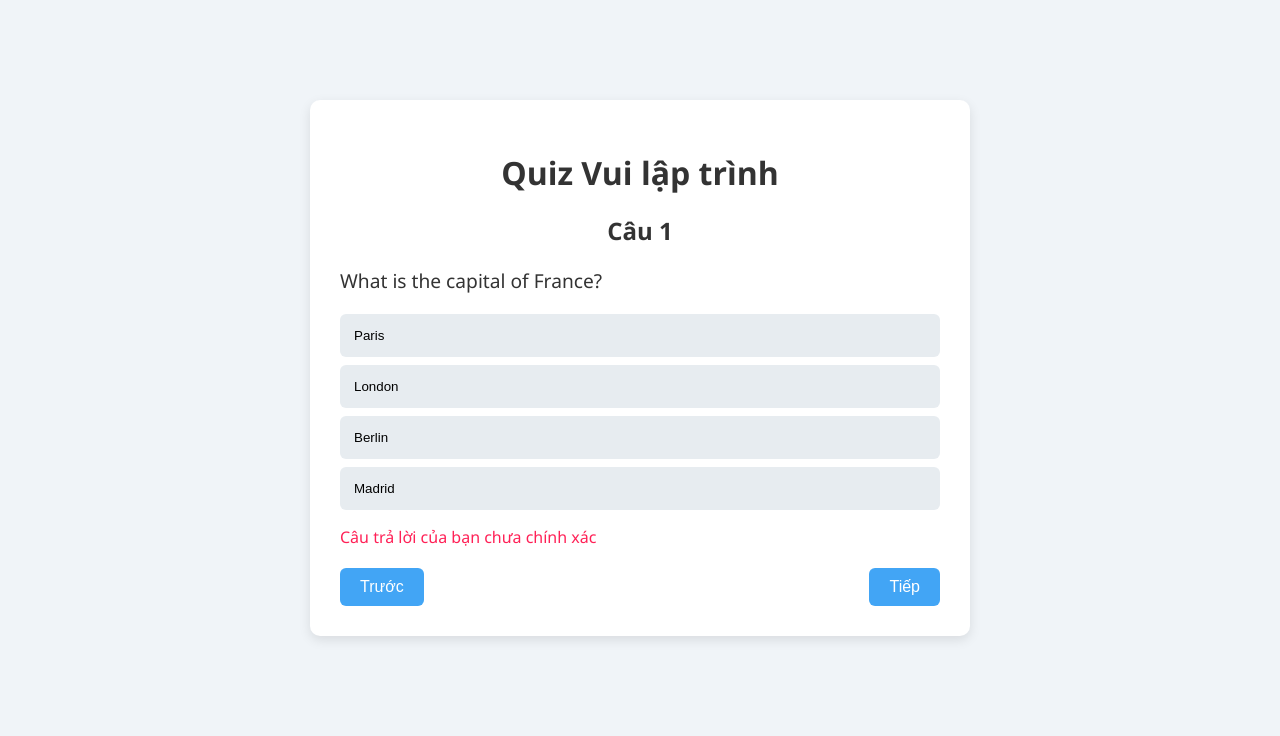
Repository: HuynhPPP/Quiz_App
Page: /
An editor plug-in stored every save of this project. The page is shown before and after the next save, followed by the edit.
The browser window is 1280 px wide. The pictures show the whole page.
The project was rebuilt for these pictures with package versions that can differ from the ones it lists, and the page was loaded fresh each time. Also part of the build but not shown: vite.config.js.

Above is the page before, as saved 2025-09-26 14:59:17.

After the next save:
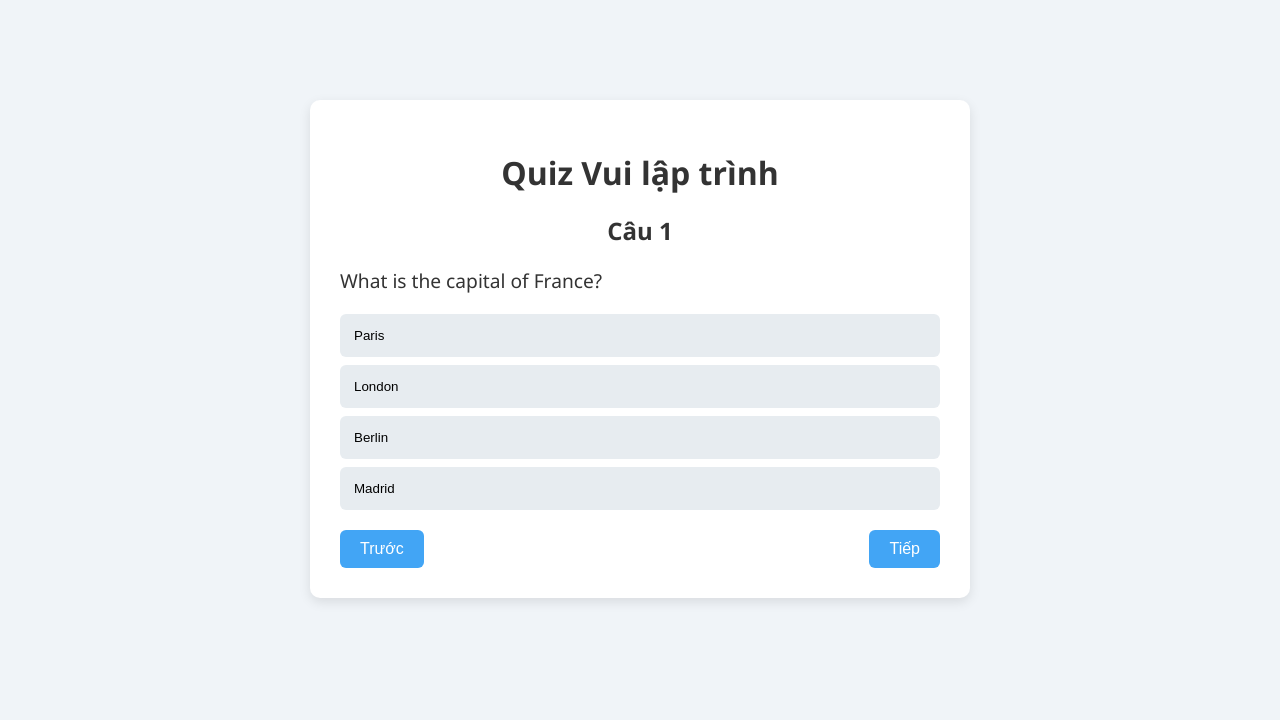
Saved 21 s later.
--- a/src/components/Quiz.jsx
+++ b/src/components/Quiz.jsx
@@ -86,11 +86,7 @@ const Quiz = () => {
             ))}
 
             {
-                optionSelected === quizData[currentQuestion].answer ? (
-                    <p className='correct-answer'>Câu trả lời của bạn là chính xác</p>
-                ) : (
-                    <p className='incorrect-answer'>Câu trả lời của bạn chưa chính xác</p>
-                )
+                optionSelected
             }
 
 
